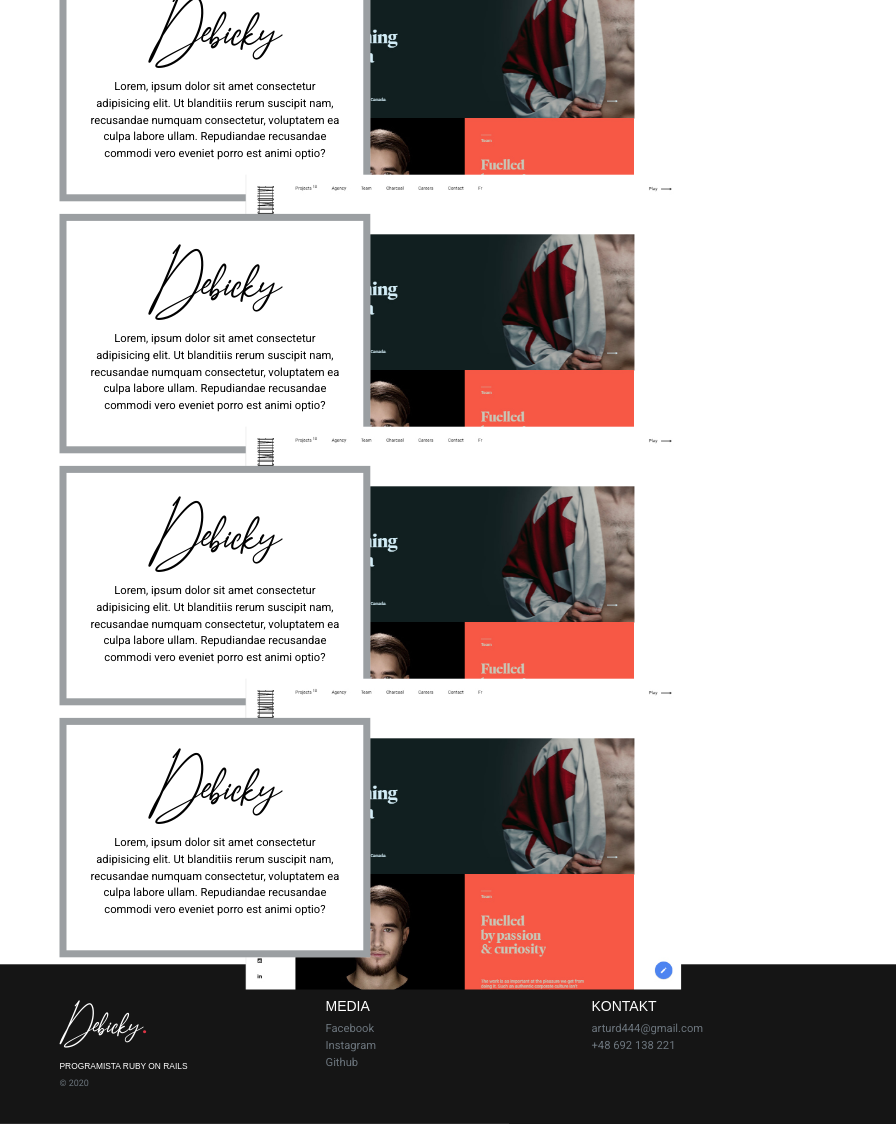
Repository: debicky/debicky.github.io
Page: index.html
An editor plug-in stored every save of this project. The page is shown before and after the next save, followed by the edit.
The browser window is 1280 px wide. The pictures show the part of the page from y = 1021 to 2941 px (the page is 2627 px tall before and 3779 px after), at 70% of full size.
Some web fonts or font styles are not loaded; a fallback is used. Some web libraries are served in a nearby version.

Above is the page before, as saved 2020-06-10 12:31:17.

After the next save:
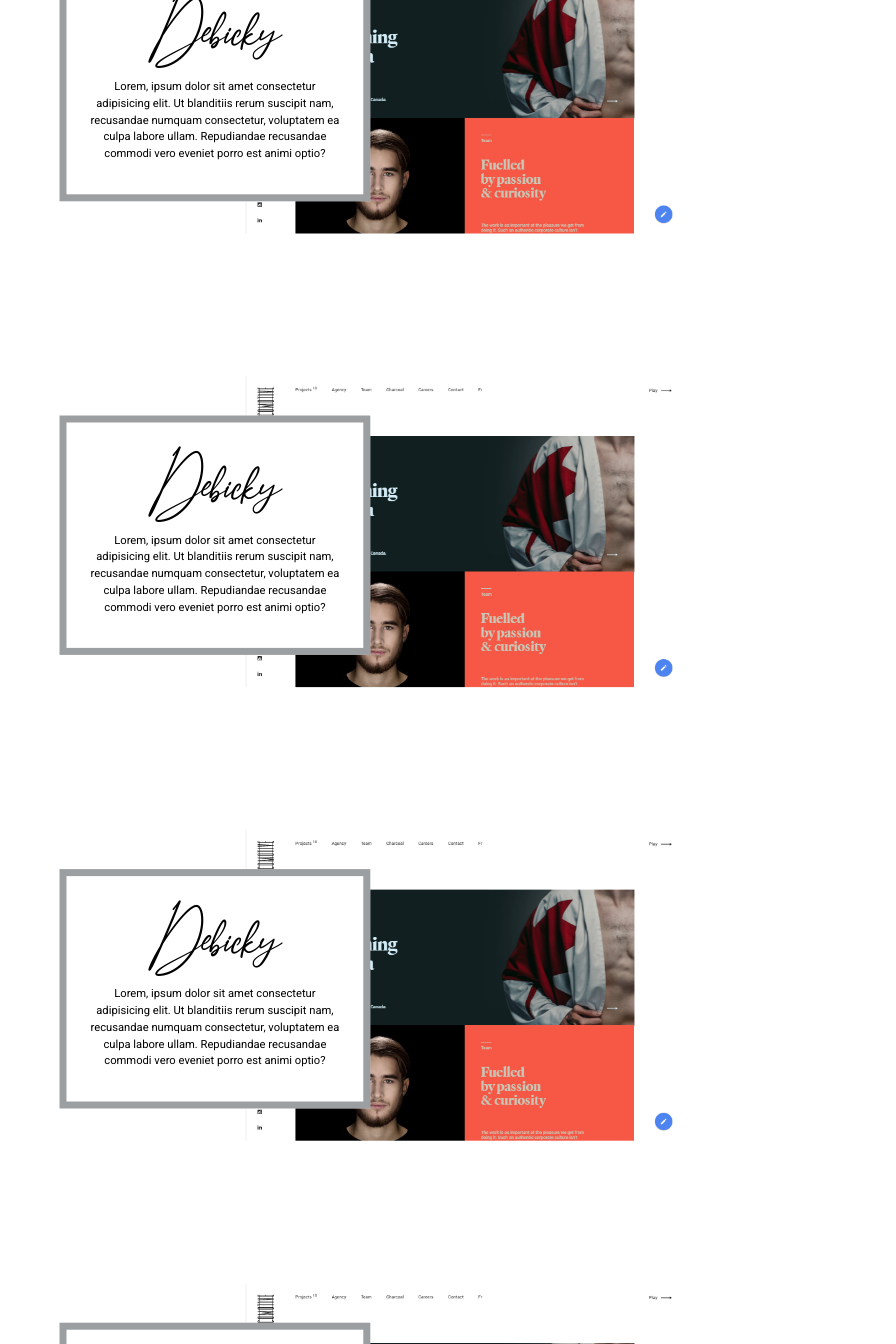
Saved 7 s later.
--- a/styles.css
+++ b/styles.css
@@ -134,7 +134,7 @@ header{
 
 
 .project-1{
-  height: 50vh;
+  height: 90vh;
 }
 
 /* Footer */
